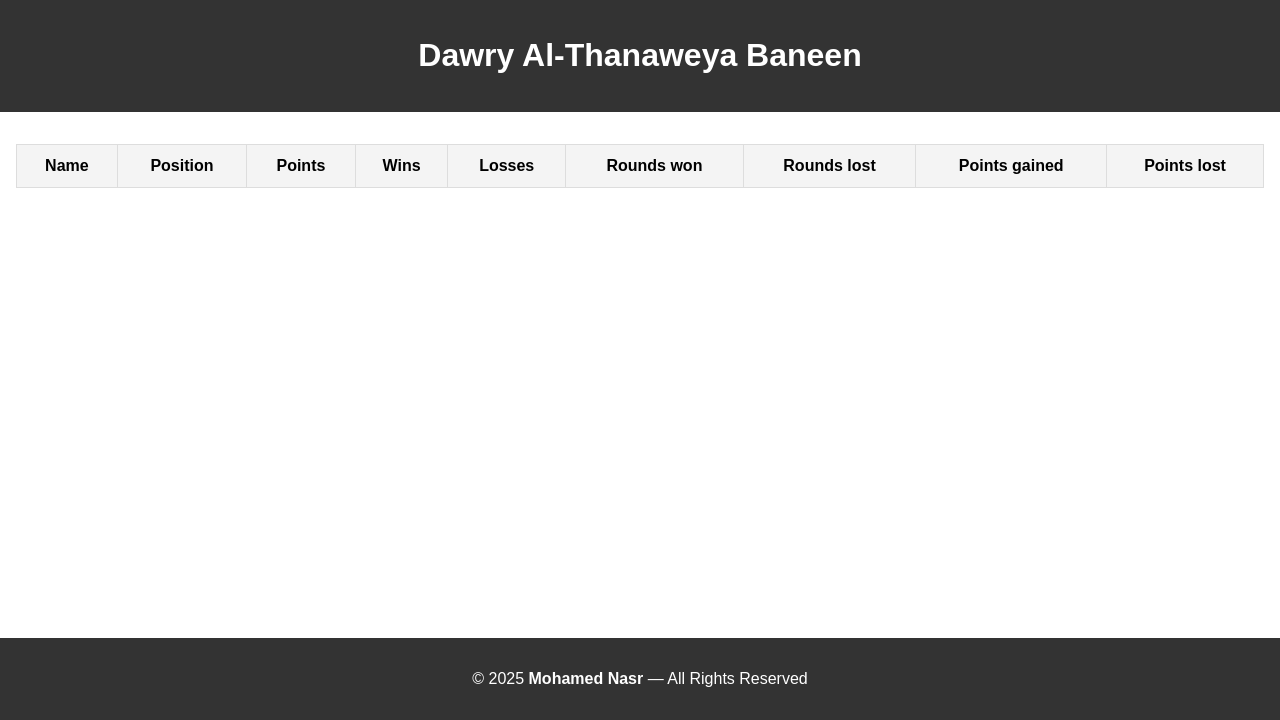
Repository: MohamedNasr95/Dawry-Al-Thanaweya-Baneen
Page: Index.html
These files come from the project's save history. The page is drawn as it stood at one moment and after the next save; the edit follows.
The browser window is 1280 px wide. The pictures show the whole page.

Above is the page before, as saved 2025-09-08 00:12:07.

### Index.html
<!DOCTYPE html>
<html lang="en">
<head>
  <meta charset="UTF-8" />
  <meta name="viewport" content="width=device-width, initial-scale=1.0" />
  <title>Dawry Al-Thanaweya Baneen</title>
  <link rel="stylesheet" href="style.css">
</head>
<body>
  <header>
    <h1>Dawry Al-Thanaweya Baneen</h1>
  </header>
  <main>
    <table>
      <thead>
        <tr>
          <th>Name</th>
          <th>Position</th>
          <th>Points</th>
          <th>Wins</th>
          <th>Losses</th>
          <th>Rounds won</th>
          <th>Rounds lost</th>
          <th>Points gained</th>
          <th>Points lost</th>
        </tr>
      </thead>
      <tbody id="tbody">

         <!-- Add more rows here -->

      </tbody>
    </table>
  </main>
  <footer>
    <p>&copy; 2025 <strong>Mohamed Nasr</strong> — All Rights Reserved</p>
  </footer>

  <script src="script.js"></script>
</body>
</html>

### style.css
body {
    font-family: Arial, sans-serif;
    margin: 0;
    padding: 0;
    display: flex;
    min-height: 100vh;
    flex-direction: column;
}
header, footer {
    background-color: #333;
    color: #fff;
    padding: 1rem;
    text-align: center;
}
main {
    flex: 1;
    padding: 1rem;
}
table {
    width: 100%;
    border-collapse: collapse;
    margin: 1rem 0;
}
th, td {
    border: 1px solid #ddd;
    padding: 0.75rem;
    text-align: center;
}
th {
    background-color: #f4f4f4;
}
tr:nth-child(even) {
    background-color: #f9f9f9;
}
tr:hover {
    background-color: #e0e0e0;
}

### script.js
table = document.getElementById("tbody")
// console.log(table)
// name = "Mustafa";
players = [{ID: 1, name: "Mohamed Nasr", position: 1, points: 0, win: 0, loss: 0, rWin: 0, rLost: 0, pGained: 0, pLost:0},
    {ID: 2, name: "Mohy Mahmoud", position: 1, points: 0, win: 0, loss: 0, rWin: 0, rLost: 0, pGained: 0, pLost:0},
    {ID: 3, name: "Mohamed Fayed", position: 4, points: 0, win: 0, loss: 0, rWin: 0, rLost: 0, pGained: 0, pLost:0},
    {ID: 4, name: "Ahmed Magdy", position: 2, points: 0, win: 0, loss: 0, rWin: 0, rLost: 0, pGained: 0, pLost:0},
    {ID: 5, name: "Mahmoud Meredian", position: 3, points: 0, win: 0, loss: 0, rWin: 0, rLost: 0, pGained: 0, pLost:0},
    {ID: 6, name: "Abdelrahman Meredian", position: 5, points: 0, win: 0, loss: 0, rWin: 0, rLost: 0, pGained: 0, pLost:0},
    {ID: 7, name: "Mohamed Osama", position: 7, points: 0, win: 0, loss: 0, rWin: 0, rLost: 0, pGained: 0, pLost:0},
]

players.sort(function(a, b){return a.position - b.position})
// console.log(players)

// for( tVar = 0 ; tVar < players.length ; tVar++ )
// {
//     table.innerHTML +=
//     `
//         <tr>
//             <td>${players[tVar].name}</td>
//             <td>${players[tVar].position}</td>
//             <td>${players[tVar].points}</td>
//             <td>${players[tVar].win}</td>
//             <td>${players[tVar].loss}</td>
//             <td>${players[tVar].rWin}</td>
//             <td>${players[tVar].rLost}</td>
//             <td>${players[tVar].pGained}</td>
//             <td>${players[tVar].pLost}</td>
//         </tr>
//     `
// }

After the next save:
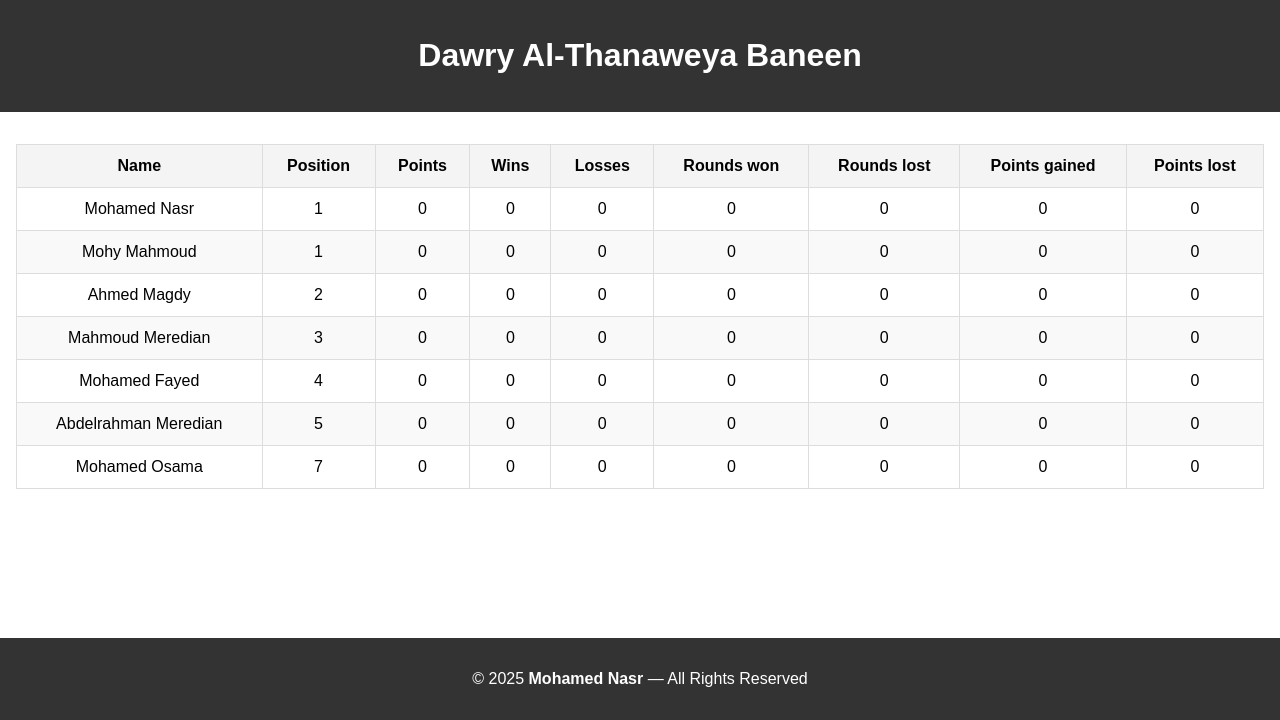
Saved 4 s later.
--- a/script.js
+++ b/script.js
@@ -13,20 +13,20 @@ players = [{ID: 1, name: "Mohamed Nasr", position: 1, points: 0, win: 0, loss: 0
 players.sort(function(a, b){return a.position - b.position})
 // console.log(players)
 
-// for( tVar = 0 ; tVar < players.length ; tVar++ )
-// {
-//     table.innerHTML +=
-//     `
-//         <tr>
-//             <td>${players[tVar].name}</td>
-//             <td>${players[tVar].position}</td>
-//             <td>${players[tVar].points}</td>
-//             <td>${players[tVar].win}</td>
-//             <td>${players[tVar].loss}</td>
-//             <td>${players[tVar].rWin}</td>
-//             <td>${players[tVar].rLost}</td>
-//             <td>${players[tVar].pGained}</td>
-//             <td>${players[tVar].pLost}</td>
-//         </tr>
-//     `
-// }
+for( tVar = 0 ; tVar < players.length ; tVar++ )
+{
+    table.innerHTML +=
+    `
+        <tr>
+            <td>${players[tVar].name}</td>
+            <td>${players[tVar].position}</td>
+            <td>${players[tVar].points}</td>
+            <td>${players[tVar].win}</td>
+            <td>${players[tVar].loss}</td>
+            <td>${players[tVar].rWin}</td>
+            <td>${players[tVar].rLost}</td>
+            <td>${players[tVar].pGained}</td>
+            <td>${players[tVar].pLost}</td>
+        </tr>
+    `
+}
